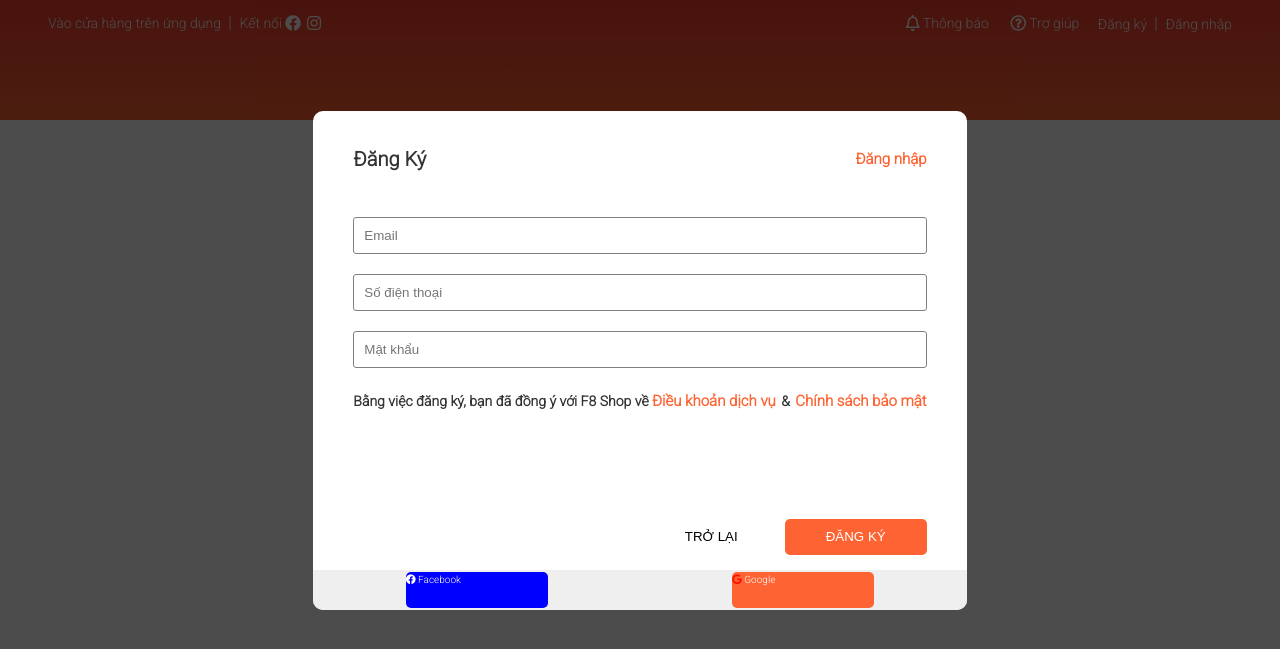
Repository: kebinh1235/Shopee-Demo
Page: index.html
An editor plug-in stored every save of this project. The page is shown before and after the next save, followed by the edit.
The browser window is 1280 px wide. The pictures show the whole page.

Above is the page before, as saved 2021-10-01 23:37:45.

### index.html
<!DOCTYPE html>
<html lang="en">

<head>
  <meta charset="UTF-8">
  <meta http-equiv="X-UA-Compatible" content="IE=edge">
  <meta name="viewport" content="width=device-width, initial-scale=1.0">
  <title>F8 Shop</title>
  <link rel="stylesheet" href="./asset/css/main.css">
  <link rel="stylesheet" href="./asset/css/base.css">
  <link rel="stylesheet" href="https://cdnjs.cloudflare.com/ajax/libs/font-awesome/5.15.4/css/all.min.css">
</head>

<body>
  <div class="app">
    <header class="header">
      <div class="grid">
        <nav class="header__navbar">
          <ul class="header__navbar-list">
            <li class="header__navbar-item header__item-separator">
              Vào cửa hàng trên ứng dụng
              <div class="header__navbar-QRCode">
                <div class="header__navbar-QRCode-img">
                  <img
                    src="https://upload.wikimedia.org/wikipedia/commons/thumb/d/d0/QR_code_for_mobile_English_Wikipedia.svg/1200px-QR_code_for_mobile_English_Wikipedia.svg.png"
                    alt="">
                </div>
                <div class="header__navbar-QRCode-social">
                  <a class="header__navbar-QRCode-link" href="#">
                    <i class="fab fa-google header__navbar-QRCode-icon-google"></i>
                    <span class="header__navbar-QRCode-title-google">Google</span>
                  </a>
                  <a class="header__navbar-QRCode-link" href="#">
                    <i class="fab fa-facebook header__navbar-QRCode-icon-facebook"></i>
                    <span class="header__navbar-QRCode-title-facebook">Facebook</span>
                  </a>
                </div>
              </div>
            </li>
            <li class="header__navbar-item">
              <span class="user__select-none">Kết nối</span>
              <a class="header__navbar-link-icon" href="#">
                <i class="fab fa-facebook header__navbar-icon"></i>
              </a>
              <a class="header__navbar-link-icon" href="#">
                <i class="fab fa-instagram header__navbar-icon"></i>
              </a>
            </li>
          </ul>
          <ul class="header__navbar-list">
            <li class="header__navbar-item">
              <a href="#" class="header__navbar-link">
                <i class="far fa-bell header__navbar-icon"></i>
                Thông báo
              </a>
              <div class="header__navbar-notification">
                <div class="header__navbar-noti-heading">
                  <h3>Thông báo nhận hàng</h3>
                </div>
                <ul class="header__navbar-noti-list">
                  <li class="header__navbar-noti-list-item header__navbar-noti-list-viewd">
                    <a class="header__navbar-noti-list-link" href="#">
                      <img src="https://www.oberlo.com/media/1603958036-new-products.jpg" alt="">
                      <div class="header_navbar-noti-content">
                        <span class="header_navbar-noti-name">Xác thực chính hãng nguồn gốc các sản phẩm Ohui</span>
                        <span class="header_navbar-noti-description">Xác thực chính hãng nguồn gốc các sản phẩm
                          Ohui</span>
                      </div>
                    </a>
                  </li>
                  <li class="header__navbar-noti-list-item header__navbar-noti-list-viewd">
                    <a class="header__navbar-noti-list-link" href="#">
                      <img src="https://www.oberlo.com/media/1603958036-new-products.jpg" alt="">
                      <div class="header_navbar-noti-content">
                        <span class="header_navbar-noti-name">Xác thực chính hãng nguồn gốc các sản phẩm Ohui</span>
                        <span class="header_navbar-noti-description">Xác thực chính hãng nguồn gốc các sản phẩm
                          Ohui</span>
                      </div>
                    </a>
                  </li>
                  <li class="header__navbar-noti-list-item">
                    <a class="header__navbar-noti-list-link" href="#">
                      <img src="https://www.oberlo.com/media/1603958036-new-products.jpg" alt="">
                      <div class="header_navbar-noti-content">
                        <span class="header_navbar-noti-name">Xác thực chính hãng nguồn gốc các sản phẩm Ohui</span>
                        <span class="header_navbar-noti-description">Xác thực chính hãng nguồn gốc các sản phẩm
                          Ohui</span>
                      </div>
                    </a>
                  </li>
                </ul>
                <div class="header__navbar-noti-footer">
                  <a class="header__navbar-noti-footer-link" href="#">Xem tất cả</a>
                </div>
              </div>
            </li>
            <li class="header__navbar-item">
              <a href="#" class="header__navbar-link">
                <i class="far fa-question-circle header__navbar-icon"></i>
                Trợ giúp
              </a>
            </li>
            <li class="header__navbar-item">
              <a href="#" class="header__navbar-link header__item-bold header__item-separator">Đăng ký</a>
            </li>
            <li class="header__navbar-item">
              <a href="#" class="header__navbar-link header__item-bold">Đăng nhập</a>
            </li>
          </ul>
        </nav>
      </div>
    </header>

    <div class="container">

    </div>

    <div class="footer">

    </div>
    <!--Modal-->
    <div class="modal">
      <div class="modal__overlay"></div>
      <div class="modal__body">
        <div class="modal__inner">
          <div class="auth__form">
            <div class="auth__form-padding">
              <div class="auth__form-header">
                  <h3 class="auth__form-heading">Đăng Ký</h3>
                  <span class="authb__form-btn-switch">Đăng nhập</span>
              </div>
              <div class="auth__form-form">
                <div class="auth__form-group">
                  <input class="auth__form-input" type="text" placeholder="Email">
                </div>
                <div class="auth__form-group">
                  <input class="auth__form-input" type="text" placeholder="Số điện thoại">
                </div>
                <div class="auth__form-group">
                  <input class="auth__form-input" type="text" placeholder="Mật khẩu">
                </div>
              </div>
              <div class="auth__form-note">
                <p class="auth_form-text">
                  Bằng việc đăng ký, bạn đã đồng ý với F8 Shop về
                  <a class="auth__form-note-link" href="#">Điều khoản dịch vụ</a>
                  <span class="auth__form-note-icon">&</span>
                  <a class="auth__form-note-link" href="#">Chính sách bảo mật</a>
                </p>
              </div>
              <div class="auth__form-controls">
                <button class="btn">TRỞ LẠI</button>
                <button class="btn btn-primary">ĐĂNG KÝ</button>
              </div>
            </div>
            <div class="auth__form-social">
              <a href="#" class="btn btn-with-icon-facebook">
                <i class="fab fa-facebook header__navbar-QRCode-icon-facebook"></i>
                Facebook
              </a>
              <a href="#" class="btn btn-with-icon-google">
                <i class="fab fa-google header__navbar-QRCode-icon-google"></i>
                Google
              </a>
            </div>
          </div>
        </div>
      </div>
    </div>
  </div>
</body>

</html>

### asset/css/main.css
.header {
  height: 120px;
  background: linear-gradient(0, #fe6433, #f53e2d)
}
.header__navbar {
  display: flex;
  justify-content: space-between;
  padding: 10px 0;
}
.header__navbar-QRCode{
  background: white;
  height: 200px;
  position: absolute;
  top: 30px;
  padding: 10px;
  display: none;
  animation: fadeIn ease-out .8s;
}
.header__navbar-item:hover .header__navbar-QRCode {
  display: block;
}
.header__navbar-item:hover .header__navbar-notification {
  display: block;
}
.header__navbar-QRCode-img{
  width: 160px;
}
.header__navbar-QRCode-img img {
  width: 100%;
}
.header__navbar-QRCode-social {
  display: flex;
  align-items: center;
  justify-content: space-between;
}
.header__navbar-QRCode-social:before {
  content: '';
  position: absolute;
  top: -8px;
  left: 0;
  width: 100%;
  height: 10px;
  background: transparent;
}
.header__navbar-QRCode-link {
  font-size: 1.4rem;
  color: var(--text-color);
}
.header__navbar-QRCode-title-google:hover {
  color: #ff1100;
  transition: var(--transition-primary);
}
.header__navbar-QRCode-title-facebook:hover {
  color: blue;
  transition: var(--transition-primary);
}
.header__navbar-QRCode-icon-google {
  color: #ff1100;
}
.header__navbar-QRCode-icon-facebook {
  color: blue;
}
.header__navbar-list {
  list-style: none;
}
.header__navbar-item {
  margin: 0 8px;
  position: relative;
  min-height: 26px;
}
.header__item-separator::after {
  content: '';
  position: absolute;
  right: -10px;
  top: 50%;
  transform: translateY(-50%);
  height: 12px;
  border: 1px solid #FB9086;
}
.header__navbar-item,
.header__navbar-link {
  display: inline-block;
  font-size: 1.4rem;
  color: var(--white-color);
  text-decoration: none;
  font-weight: 300;
}
.header__navbar-item:hover,
.header__navbar-link:hover,
.header__navbar-link-icon:hover {
  cursor: pointer;
  color: rgba(255, 255, 255, 0.7);
}
.header__navbar-item,
.header__navbar-link,
.header__navbar-link-icon {
  display: inline-flex;
  align-items: center;
}
.header__navbar-link-icon {
  color: var(--white-color);
}
.header__navbar-icon {
  font-size: 1.6rem;
  margin: 0 3px;
}
.header__item-bold {
  font-weight: 500;
}
.user__select-none {
  cursor: text;
  color: var(--white-color);
}
.header__navbar-notification{
  position: absolute;
  top: 35px;
  right: 0;
  width: 404px;
  background: var(--white-color);
  display: none;
  box-shadow: rgba(0, 0, 0, 0.16) 0px 1px 4px;
  animation: growthUp ease-in .3s;
  will-change: opacity, transform, scale;
  transform-origin: calc(100% - 20px) top;
}
.header__navbar-notification:before {
  content: "";
  position: absolute;
  top: -10px;
  right: 0;
  width: 100%;
  background: transparent;
  height: 15px;
}
.header__navbar-notification:after {
  content: "";
  position: absolute;
  top: -32px;
  right: 10px;
  border: 20px solid #000;
  border-color: transparent transparent var(--white-color) transparent;
}
.header__navbar-noti-heading{
  padding: 10px;
  box-shadow: rgba(0, 0, 0, 0.16) 0px 1px 4px;
  cursor: default;
}
.header__navbar-noti-heading h3 {
  font-size: 1.6rem;
  color: var(--text-color);
}
.header__navbar-noti-list{
  list-style: none;
  box-shadow: rgba(0, 0, 0, 0.16) 0px 1px 1px;
}
.header__navbar-noti-list-item{
  padding: 8px 10px;
}
.header__navbar-noti-list-viewd{
  background: #ffe3e3;
}
.header__navbar-noti-list-item:hover{
  background: #f3c8c8;
  transition: var(--transition-primary);
}
.header__navbar-noti-list-link{
  display: inline-flex;
  align-items: center;
}
.header__navbar-noti-list-link img{
  width: 60px;
  object-fit: contain;
}
.header_navbar-noti-content{
  padding-left: 10px;
}
.header_navbar-noti-name{
  font-size: 1.4rem;
  font-weight: bold;
  color: var(--text-color);
  margin-bottom: 5px;
  line-height: 2rem;
  text-align: justify;
  display: block;
}
.header_navbar-noti-description{
  font-size: 1.3rem;
  color: var(--text-color-rgb-black);
  display: block;
}
.header__navbar-noti-footer{
  padding: 10px;
  text-align: center;
  box-shadow: rgba(0, 0, 0, 10px) 0px 1px 1px;
}
.header__navbar-noti-footer-link{
  color: var(--text-color-rgb-black);
}

/*Start Modal*/
.modal{
  position: fixed;
  /* top: 0;
  right: 0;
  bottom: 0;
  left: 0; */
  inset: 0;
  display: flex;
}
.modal__overlay{
  position: absolute;
  width: 100%;
  height: 100%;
  background: rgba(0, 0, 0, 0.7);
}
.modal__body{
  margin: auto;
  background: var(--white-color);
  overflow: hidden;
  z-index: 1;
  border-radius: 10px;
}
.modal__inner{
  padding: 0;
}
.auth__form-padding {
  padding: 0 40px;
}
.auth__form-header{
  display: flex;
  justify-content: space-between;
  align-items: center;
  padding: 40px 0;
}
.auth__form-heading{
  font-size: 2rem;
  color: var(--text-color);
  font-weight: bold;
}
.authb__form-btn-switch{
  font-size: 1.5rem;
  color: var(--primary-color);
  font-weight: bold;
}
.auth__form-group{
  padding: 10px 0;
  width: 100%;
}
.auth__form-input {
  width: 100%;
  padding: 10px;
  border-radius: 3px;
  overflow: hidden;
  border: 1px solid gray;
}
.auth__form-input:focus {
  outline: none;
}
.auth__form-note{
  font-size: 1.4rem;
  color: var(--text-color);
  font-weight: bold;
  padding: 15px 0;
}
.auth__form-note-link {
  color: var(--primary-color);
  font-size: 1.5rem;
}
.auth__form-note-icon {
  margin: 0 2px;
}
.auth__form-controls{
  padding: 15px 0;
  text-align: right;
  margin-top: 80px;
}

.auth__form-social{
  background: #efefef;
  height: 40px;
  display: flex;
  justify-content: space-around;
  align-items: center;
}

/*End Modal*/

### asset/css/base.css
@import url('https://fonts.googleapis.com/css2?family=Roboto:wght@300&display=swap');
:root {
  --white-color: #fff;
  --black-color: #000;
  --primary-color: #fe6433;
  --text-color: #333;
  --text-color-rgb-black: rgba(0, 0, 0, 0.7);
  --transition-primary: all .2s linear;
  --btn-primary: linear-gradient(0, #fe6433, #f53e2d);
}

* {
  margin: 0;
  padding: 0;
  box-sizing: inherit;
  text-decoration: none;
}

html {
  font-size: 62.5%;
  line-height: 1.6rem;
  border: none;
  outline: none;
  overflow: hidden;
  box-sizing: border-box;
  font-family: 'Roboto', sans-serif;
}

.grid {
  width: 1200px;
  max-width: 100%;
  margin: 0 auto;
}

.grid__full-width {
  width: 100%;
}

.grid__row {
  display: flex;
  flex-wrap: wrap;
}
/*Button Style*/
.btn {
  min-width: 142px;
  height: 36px;
  border: none;
  cursor: pointer;
  background: transparent;
  border-radius: 5px;
}
.btn:hover {
  background: rgba(0, 0, 0, 0.2);
  transition: all .1s linear;
}
.btn.btn-primary {
  color: var(--white-color);
  background: var(--primary-color);
}
.btn.btn-disabled {
  color: #ccc;
  cursor: default;
  background: #999;
}
.btn.btn-with-icon-facebook {
  color: var(--white-color);
  background: blue;
}
.btn.btn-with-icon-facebook i {
  color: var(--white-color);
}
.btn.btn-with-icon-google {
  color: var(--white-color);
  background: var(--primary-color);
}


/*Animation*/
@keyframes fadeIn {
  0% {
    opacity: 0;
  }
  100% {
    opacity: 1;
  }
}

@keyframes growthUp {
  0% {
    opacity: 0;
    transform: scale(0);
  }
  100% {
    opacity: 1;
    transform: scale(1);
  }
}

After the next save:
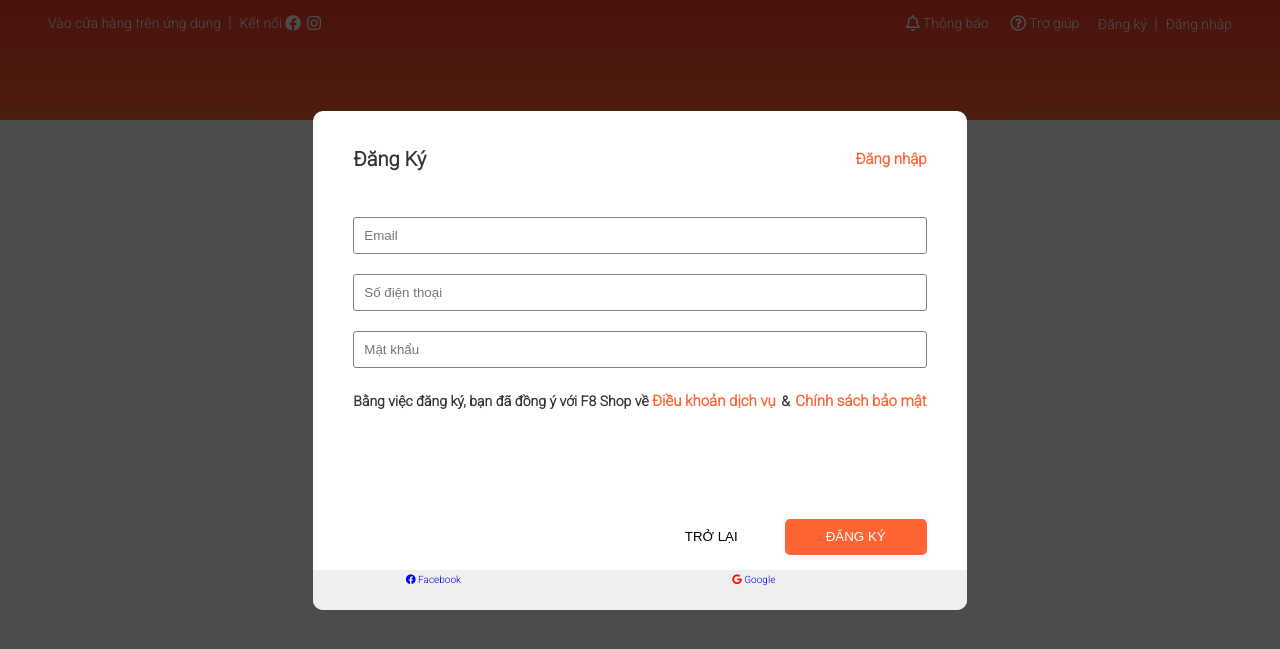
Saved 5 s later.
--- a/asset/css/base.css
+++ b/asset/css/base.css
@@ -62,17 +62,7 @@ html {
   cursor: default;
   background: #999;
 }
-.btn.btn-with-icon-facebook {
-  color: var(--white-color);
-  background: blue;
-}
-.btn.btn-with-icon-facebook i {
-  color: var(--white-color);
-}
-.btn.btn-with-icon-google {
-  color: var(--white-color);
-  background: var(--primary-color);
-}
+
 
 
 /*Animation*/
